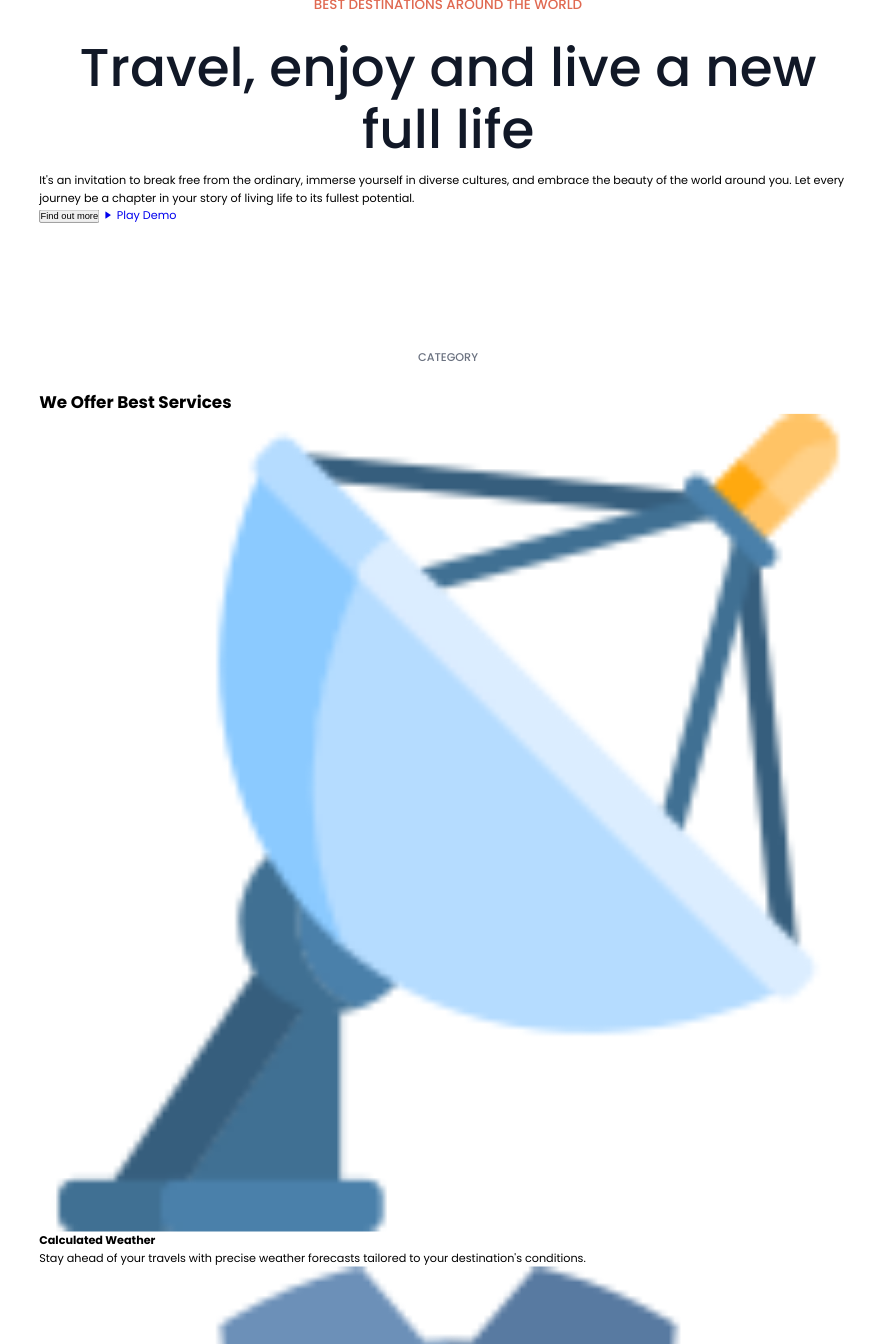
Repository: ntandomagana/travel-website
Page: index.html
The author's editor kept a copy of each file at every save. The page is drawn from the files as they stood at one save, then again after a run of saves.
The browser window is 1280 px wide. The pictures show the part of the page from y = 766 to 2686 px (the page is 11208 px tall before and 11254 px after), at 70% of full size.

Above is the page before, as saved 2024-05-07 09:34:43.

After the next 4 saves:
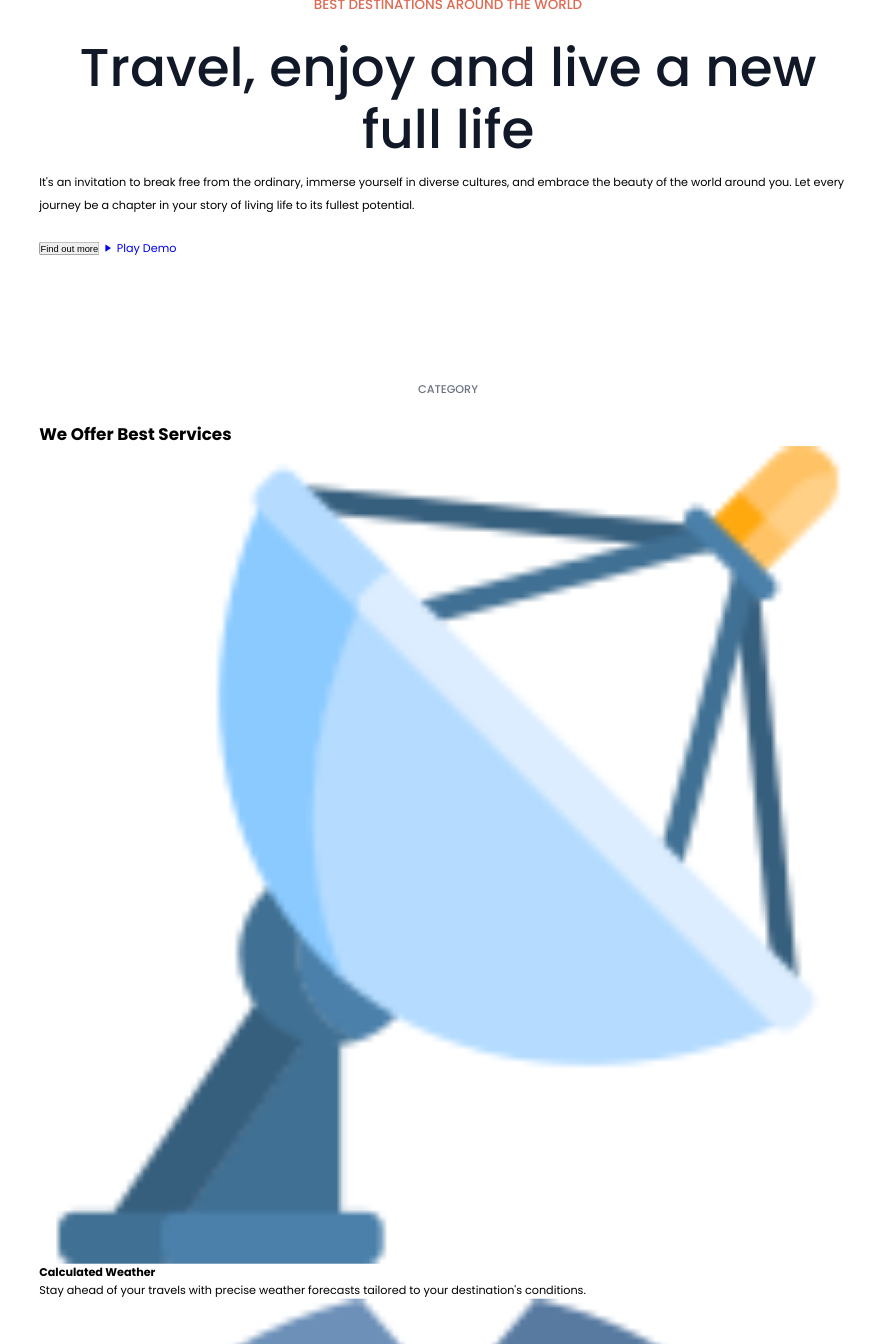
The 4 saves are shown as one change because they came seconds apart.
The last was saved 12 s later.
--- a/style.css
+++ b/style.css
@@ -153,5 +153,6 @@ ul {
 }
 
 .header-content p {
-    margin-bottom: ;
+    margin-bottom: 2rem;
+    line-height: 2rem;
 }
